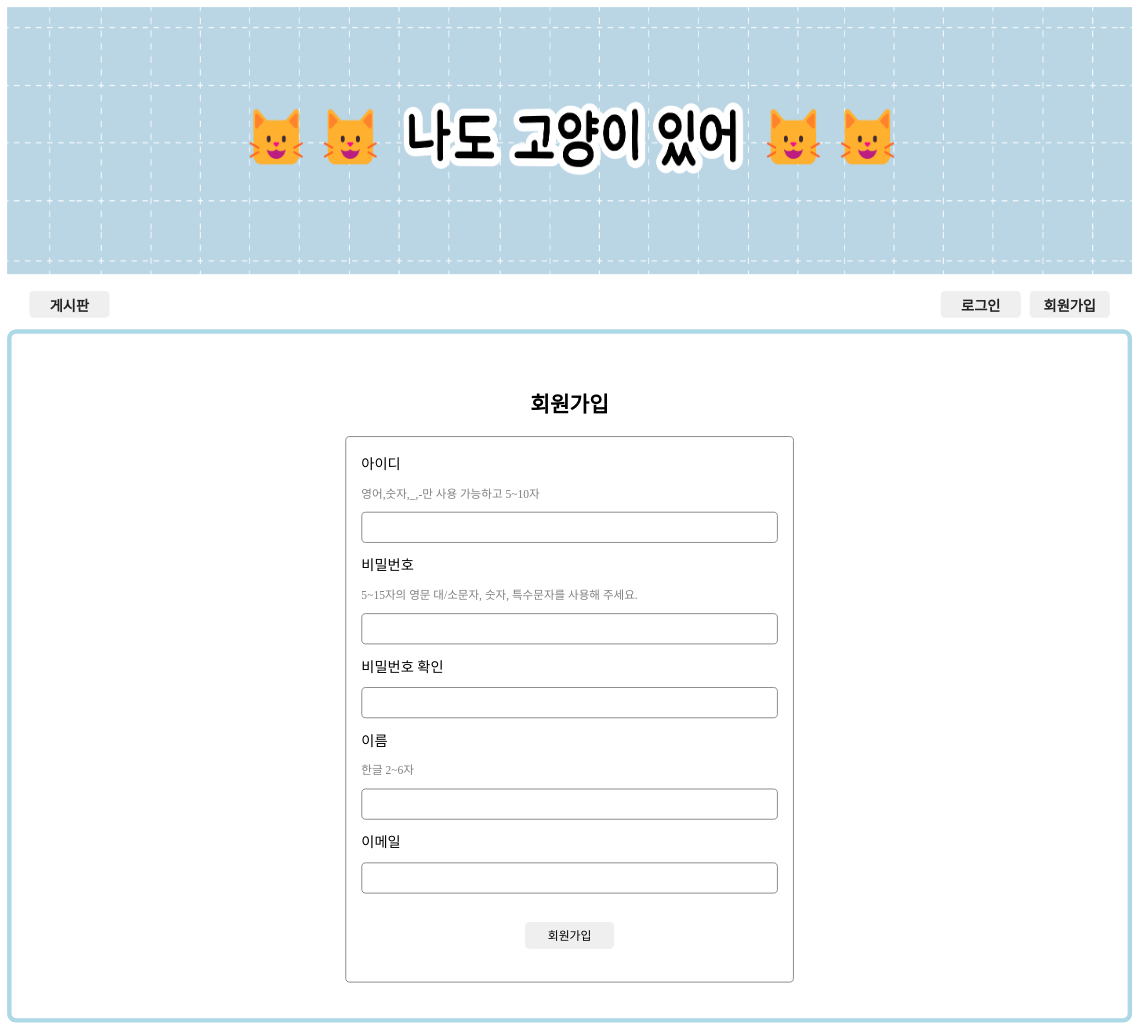
Repository: hh7711/Goit
Page: http://localhost/Goit/WEB-INF/views/signUpPage.jsp
The author's editor kept a copy of each file at every save. The page is drawn from the files as they stood at one save, then again after the next save.
The browser window is 1280 px wide. The pictures show the whole page, at 89% of full size.
Some web fonts or font styles are not loaded; a fallback is used. The page is served by Tomcat 9. Nobody is signed in. The template is opened directly, without the code that normally fills it, so the values that code supplies are empty.

Above is the page before, as saved 2023-08-03 07:37:29.

After the next save:
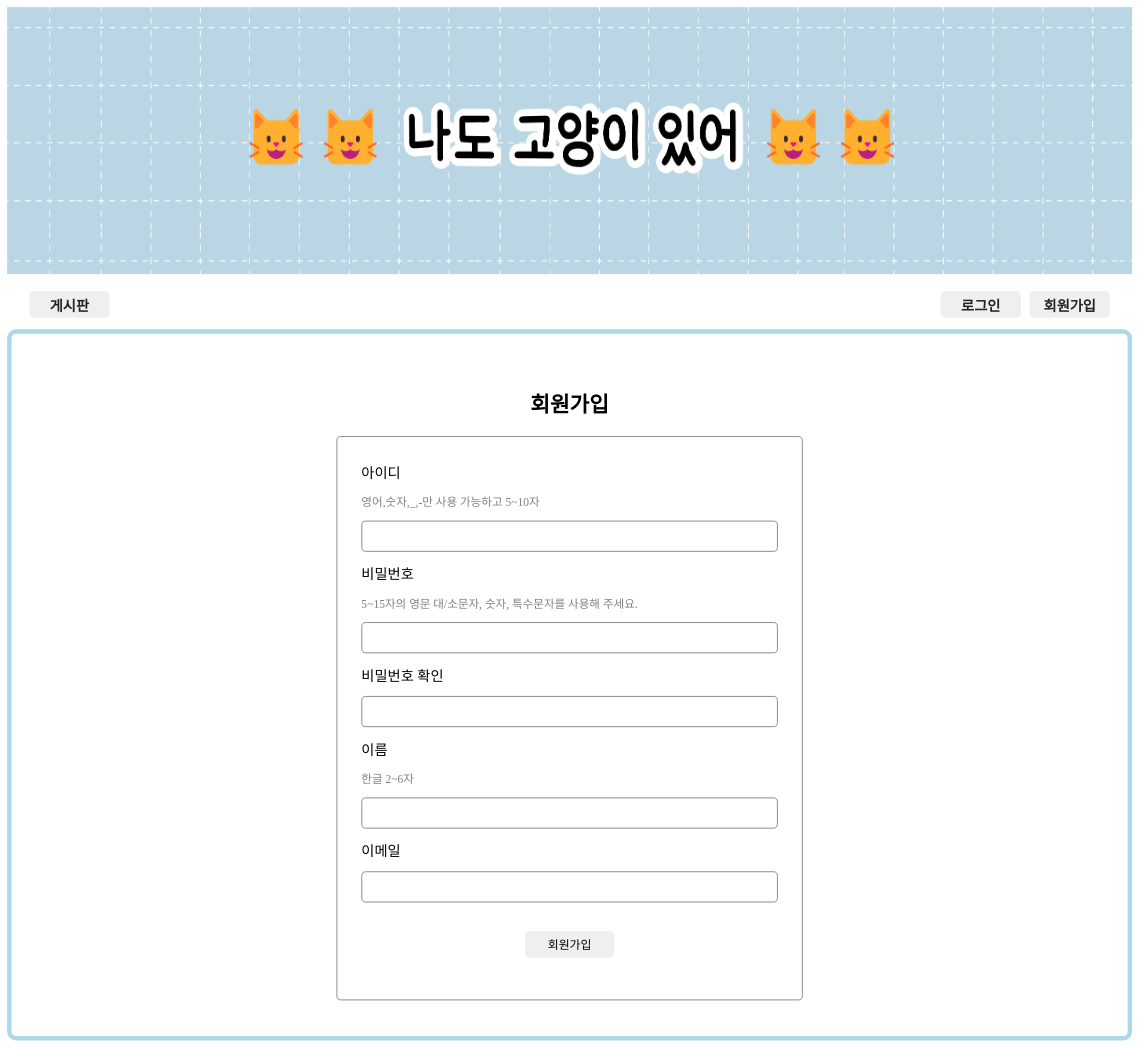
Saved 10 s later.
--- a/Goit/src/main/webapp/WEB-INF/views/signUpPage.jsp
+++ b/Goit/src/main/webapp/WEB-INF/views/signUpPage.jsp
@@ -48,7 +48,7 @@
             border: 0.2px solid gray;
             border-radius: 5px;
             align-content: center;
-            padding: 10px;
+            padding: 20px;
         }
         tr,td{
         	padding: 5px;
